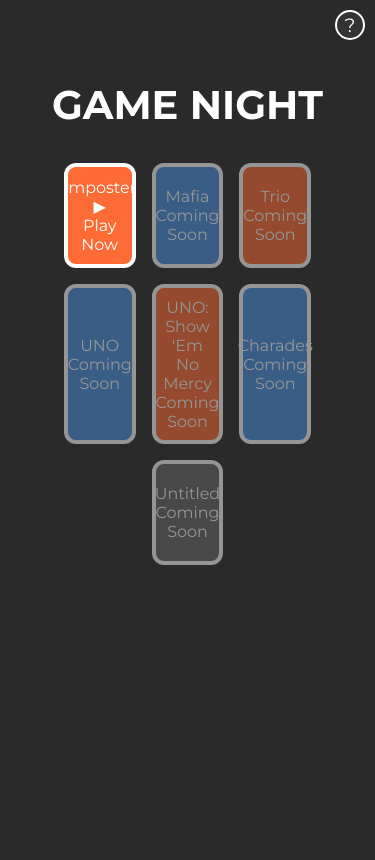
Repository: nfemmanuel/game-night-app
Page: /
These files come from the project's save history. The page is drawn as it stood at one moment and after the next save; the edit follows.
The browser window is 375 px wide. The pictures show the whole page.
The project was rebuilt for these pictures with package versions that can differ from the ones it lists, and the page was loaded fresh each time. Also part of the build but not shown: src/components/BackButton.jsx, src/pages/ImposterSetup.jsx, src/data/wordList.js, src/pages/ImposterReveal.jsx, src/pages/ImposterVoting.jsx.

Above is the page before, as saved 2026-01-03 11:09:24.

### public/index.html
<!DOCTYPE html>
<html lang="en">

<head>
  <meta charset="utf-8" />
  <link rel="icon" href="%PUBLIC_URL%/favicon.ico" />
  <link rel="preconnect" href="https://fonts.googleapis.com">
  <link rel="preconnect" href="https://fonts.gstatic.com" crossorigin>
  <link href="https://fonts.googleapis.com/css2?family=Montserrat:wght@400;600;700&display=swap" rel="stylesheet">
  <meta name="viewport" content="width=device-width, initial-scale=1, maximum-scale=1, user-scalable=no" />
  <meta name="theme-color" content="#000000" />
  <meta name="description" content="Web site created using create-react-app" />
  <link rel="apple-touch-icon" href="%PUBLIC_URL%/logo192.png" />
  <!--
      manifest.json provides metadata used when your web app is installed on a
      user's mobile device or desktop. See https://developers.google.com/web/fundamentals/web-app-manifest/
    -->
  <link rel="manifest" href="%PUBLIC_URL%/manifest.json" />
  <!--
      Notice the use of %PUBLIC_URL% in the tags above.
      It will be replaced with the URL of the `public` folder during the build.
      Only files inside the `public` folder can be referenced from the HTML.

      Unlike "/favicon.ico" or "favicon.ico", "%PUBLIC_URL%/favicon.ico" will
      work correctly both with client-side routing and a non-root public URL.
      Learn how to configure a non-root public URL by running `npm run build`.
    -->
  <title>NF's Game Night</title>
</head>

<body>
  <noscript>You need to enable JavaScript to run this app.</noscript>
  <div id="root"></div>
  <!--
      This HTML file is a template.
      If you open it directly in the browser, you will see an empty page.

      You can add webfonts, meta tags, or analytics to this file.
      The build step will place the bundled scripts into the <body> tag.

      To begin the development, run `npm start` or `yarn start`.
      To create a production bundle, use `npm run build` or `yarn build`.
    -->
</body>

</html>

### src/index.js
import React from 'react';
import ReactDOM from 'react-dom/client';
import './index.css';
import App from './App';
import reportWebVitals from './reportWebVitals';
import * as serviceWorkerRegistration from './serviceWorkerRegistration';

const root = ReactDOM.createRoot(document.getElementById('root'));
root.render(
  <React.StrictMode>
    <App />
  </React.StrictMode>
);

// If you want to start measuring performance in your app, pass a function
// to log results (for example: reportWebVitals(console.log))
// or send to an analytics endpoint. Learn more: https://bit.ly/CRA-vitals
reportWebVitals();

serviceWorkerRegistration.register();

### src/App.js
import { BrowserRouter, Routes, Route } from 'react-router-dom';
import './styles/global.css';
import LandingPage from './pages/LandingPage';
import ImposterSetup from './pages/ImposterSetup';
import ImposterReveal from './pages/ImposterReveal';
import ImposterVoting from './pages/ImposterVoting';

function App() {
  return (
    <BrowserRouter>
      <Routes>
        <Route path="/" element={<LandingPage />} />
        <Route path="/imposter-setup" element={<ImposterSetup />} />
        <Route path="/imposter-reveal" element={<ImposterReveal />} />
        <Route path="/imposter-voting" element={<ImposterVoting />} />
      </Routes>
    </BrowserRouter>
  );
}

export default App;

### src/serviceWorkerRegistration.js
export function register() {
    if ('serviceWorker' in navigator) {
        window.addEventListener('load', () => {
            navigator.serviceWorker.register('/service-worker.js').then(
                (registration) => {
                    console.log('SW registered: ', registration);
                },
                (error) => {
                    console.log('SW registration failed: ', error);
                }
            );
        });
    }
}

### src/styles/global.css
* {
    margin: 0;
    padding: 0;
    box-sizing: border-box;
}

body {
    font-family: 'Montserrat', 'Helvetica Neue', 'Arial', sans-serif;
    background-color: rgb(42, 42, 42);
    color: white;
    overflow: hidden;
}

button {
    cursor: pointer;
    border: none;
    border-radius: 5px;
    font-family: inherit;
    font-size: 1rem;
    padding: 10px 20px;
}

/* Prevent scrolling under fixed buttons */
body {
    padding-top: 70px;
}

/* Page title positioning */
.page-title {
    margin-top: 0;
    margin-bottom: 30px;
}

/* Mobile adjustments */
@media (max-width: 768px) {

    /* Page titles */
    .page-title {
        font-size: 2rem !important;
        margin-bottom: 20px;
    }

    /* General headings */
    h1 {
        font-size: 3rem !important;
    }

    h2 {
        font-size: 1.5rem !important;
    }

    h3 {
        font-size: 1.2rem !important;
    }

    p {
        font-size: 1rem !important;
    }

    /* Input fields */
    input[type="text"] {
        width: 100% !important;
        max-width: 300px !important;
        font-size: 1rem !important;
        padding: 12px !important;
        margin-right: 0 !important;
        margin-bottom: 10px !important;
    }

    /* Buttons */
    button {
        font-size: 1rem !important;
        padding: 12px 24px !important;
    }

    /* Smaller back/help buttons */
    .back-button {
        padding: 8px 12px !important;
        font-size: 1rem !important;
        top: 10px !important;
        left: 10px !important;
    }

    .help-button-container {
        top: 10px !important;
        right: 10px !important;
    }

    .help-button {
        width: 30px !important;
        height: 30px !important;
        font-size: 1.2rem !important;
    }

    /* Reveal card */
    .reveal-card {
        width: 280px !important;
        height: 400px !important;
    }

    .reveal-card h2 {
        font-size: 2rem !important;
    }

    /* Reduce padding on mobile */
    body {
        padding-top: 60px;
    }
}

@media (max-width: 480px) {
    .page-title {
        font-size: 1.5rem !important;
    }

    h1 {
        font-size: 2.5rem !important;
    }

    input[type="text"] {
        font-size: 0.9rem !important;
        padding: 10px !important;
    }

    button {
        font-size: 0.9rem !important;
        padding: 10px 20px !important;
    }

    .reveal-card {
        width: 240px !important;
        height: 340px !important;
    }

    .reveal-card h2 {
        font-size: 1.8rem !important;
    }
}

/* Landing page can scroll on mobile */
.landing-page {
    overflow-y: auto !important;
    height: 100vh;
}

### src/pages/LandingPage.jsx
import { useNavigate } from 'react-router-dom';
import GameCard from '../components/GameCard';
import HelpButton from '../components/HelpButton';

function LandingPage() {
    const navigate = useNavigate();

    const handleClick = (gameName, route) => {
        if (route) {
            navigate(route);
        }
    };

    return (
        <div className="landing-page" style={{ padding: '20px', textAlign: 'center' }}>
            <HelpButton />
            <h1>GAME NIGHT</h1>

            <div style={{
                display: 'flex',
                gap: '8px',
                justifyContent: 'center',
                marginTop: '30px',
                flexWrap: 'wrap',
                padding: '0 8px',
                width: '100%',
                boxSizing: 'border-box',
                overflowX: 'auto',
            }}>
                <GameCard
                    name="Imposter"
                    available={true}
                    color="orange"
                    onClick={() => handleClick("Imposter", "/imposter-setup")}
                />
                <GameCard
                    name="Mafia"
                    available={false}
                    color="blue"
                    onClick={() => handleClick("Mafia", "/mafia-setup")}
                />
                <GameCard
                    name="Trio"
                    available={false}
                    color="orange"
                    onClick={() => handleClick("Trio", "/trio-setup")}
                />
                <GameCard
                    name="UNO"
                    available={false}
                    color="blue"
                    onClick={() => handleClick("UNO", "/uno-setup")}
                />
                <GameCard
                    name="UNO: Show 'Em No Mercy"
                    available={false}
                    color="orange"
                    onClick={() => handleClick("UNO-NM", "/uno-nm-setup")}
                />
                <GameCard
                    name="Charades"
                    available={false}
                    color="blue"
                    onClick={() => handleClick("Charades", "/charades-setup")}
                />
                <GameCard
                    name="Untitled"
                    available={false}
                    onClick={() => { }}
                />
            </div>
        </div>
    );
}

export default LandingPage;

### src/components/GameCard.jsx
import styles from './GameCard.module.css';

function GameCard({ name, available, onClick, color }) {
    const cardClasses = `${styles.card} ${available ? styles.available : styles.disabled} ${color ? styles[color] : ''}`;

    return (
        <div
            className={cardClasses}
            onClick={available ? onClick : null}
        >
            <div className="card-name">{name}</div>
            <div className="card-status">{available ? '▶ Play Now' : 'Coming Soon'}</div>
        </div>
    );
}

export default GameCard;

### src/components/HelpButton.jsx
import { useState } from 'react';

function HelpButton() {
    const [showHelp, setShowHelp] = useState(false);

    return (
        <div
            className="help-button-container"
            style={{
                position: 'fixed',
                top: '20px',
                right: '20px',
                zIndex: 1000
            }}
            onMouseEnter={() => setShowHelp(true)}
            onMouseLeave={() => setShowHelp(false)}
        >
            <div
                className="help-button"
                style={{
                    width: '40px',
                    height: '40px',
                    borderRadius: '50%',
                    border: '2px solid white',
                    color: 'white',
                    fontSize: '1.5rem',
                    display: 'flex',
                    alignItems: 'center',
                    justifyContent: 'center',
                    cursor: 'pointer',
                    backgroundColor: '#333'
                }}
            >
                ?
            </div>

            {showHelp && (
                <div
                    style={{
                        position: 'absolute',
                        top: '50px',
                        right: '0',
                        backgroundColor: '#222',
                        border: '2px solid white',
                        borderRadius: '10px',
                        padding: '20px',
                        width: '300px',
                        maxWidth: '90vw',
                        textAlign: 'left',
                        fontSize: '0.9rem',
                        lineHeight: '1.5'
                    }}
                >
                    <h3 style={{ marginTop: 0, marginBottom: '10px', fontSize: '1.1rem' }}>
                        How to Play Imposter
                    </h3>
                    <ol style={{ paddingLeft: '20px', margin: 0 }}>
                        <li>Add 3+ player names</li>
                        <li>One random player is secretly the imposter</li>
                        <li>Everyone else sees the same secret word</li>
                        <li>Pass the phone around - each player holds the card to see their word</li>
                        <li>The imposter sees "You're the imposter. Shh!"</li>
                        <li>After everyone has seen their card, discuss and guess who the imposter is</li>
                        <li>Vote for the imposter or skip to reveal</li>
                    </ol>
                </div>
            )}
        </div>
    );
}

export default HelpButton;

### src/components/GameCard.module.css
.card {
    width: 225px;
    aspect-ratio: 225 / 330;
    padding: 30px;
    margin: 10px;
    border-radius: 20px;
    border: 10px solid white;
    text-align: center;
    transition: all 0.3s ease;
    display: flex;
    flex-direction: column;
    justify-content: center;
    align-items: center;
}

.card .card-name {
    font-size: 1.8rem;
    font-weight: bold;
    margin: 0;
}

.card .card-status {
    font-size: 1.1rem;
    margin: 10px 0 0 0;
}

.available {
    color: white;
    cursor: pointer;
}

.available:hover {
    transform: scale(1.05);
}

.disabled {
    background-color: #666;
    color: white;
    cursor: not-allowed;
    opacity: 0.5;
}

.orange {
    background-color: #FF6B35;
}

.orange:hover {
    box-shadow: 0 0 20px rgba(255, 107, 53, 0.6);
}

.blue {
    background-color: #4A90E2;
}

.blue:hover {
    box-shadow: 0 0 20px rgba(74, 144, 226, 0.6);
}

/* Mobile: 3 cards per row with locked aspect ratio */
@media (max-width: 768px) {
    .card {
        width: calc(33.333% - 10px);
        aspect-ratio: 225 / 330;
        padding: 3vw;
        margin: 5px;
        border-width: 5px;
        border-radius: 12px;
    }

    .card .card-name {
        font-size: 0.75rem;
    }

    .card .card-status {
        font-size: 0.6rem;
    }
}

@media (max-width: 480px) {
    .card {
        width: calc(25% - 8px);
        aspect-ratio: 225 / 330;
        padding: 2.5vw;
        margin: 4px;
        border-width: 4px;
    }

    .card .card-name {
        font-size: 0.5rem;
        font-weight: bold;
    }

    .card .card-status {
        font-size: 0.55rem;
    }
}

Loaded but not shown: src/index.css (common file); src/reportWebVitals.js (common file)

After the next save:
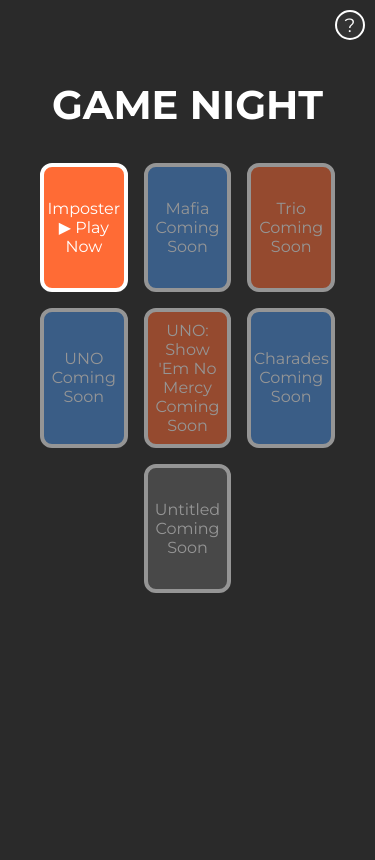
Saved 48 s later.
--- a/src/components/GameCard.module.css
+++ b/src/components/GameCard.module.css
@@ -78,7 +78,7 @@
 
 @media (max-width: 480px) {
     .card {
-        width: calc(25% - 8px);
+        width: calc(30% - 8px);
         aspect-ratio: 225 / 330;
         padding: 2.5vw;
         margin: 4px;
